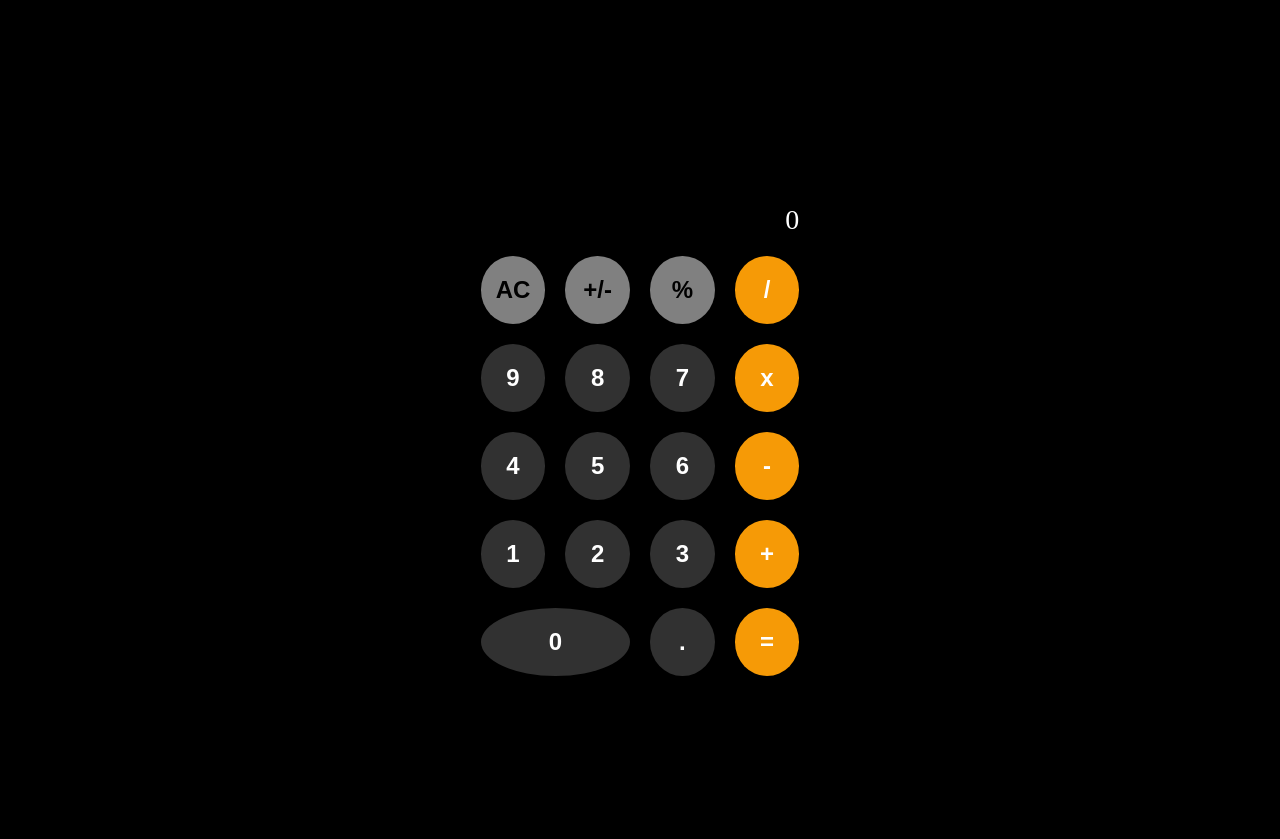
Repository: ble-syn/reactCalculator
Page: /
These files come from the project's save history. The page is drawn as it stood at one moment and after the next save; the edit follows.
The browser window is 1280 px wide. The pictures show the whole page.
The project was rebuilt for these pictures with package versions that can differ from the ones it lists, and the page was loaded fresh each time.

Above is the page before, as saved 2022-10-06 13:37:18.

After the next save:
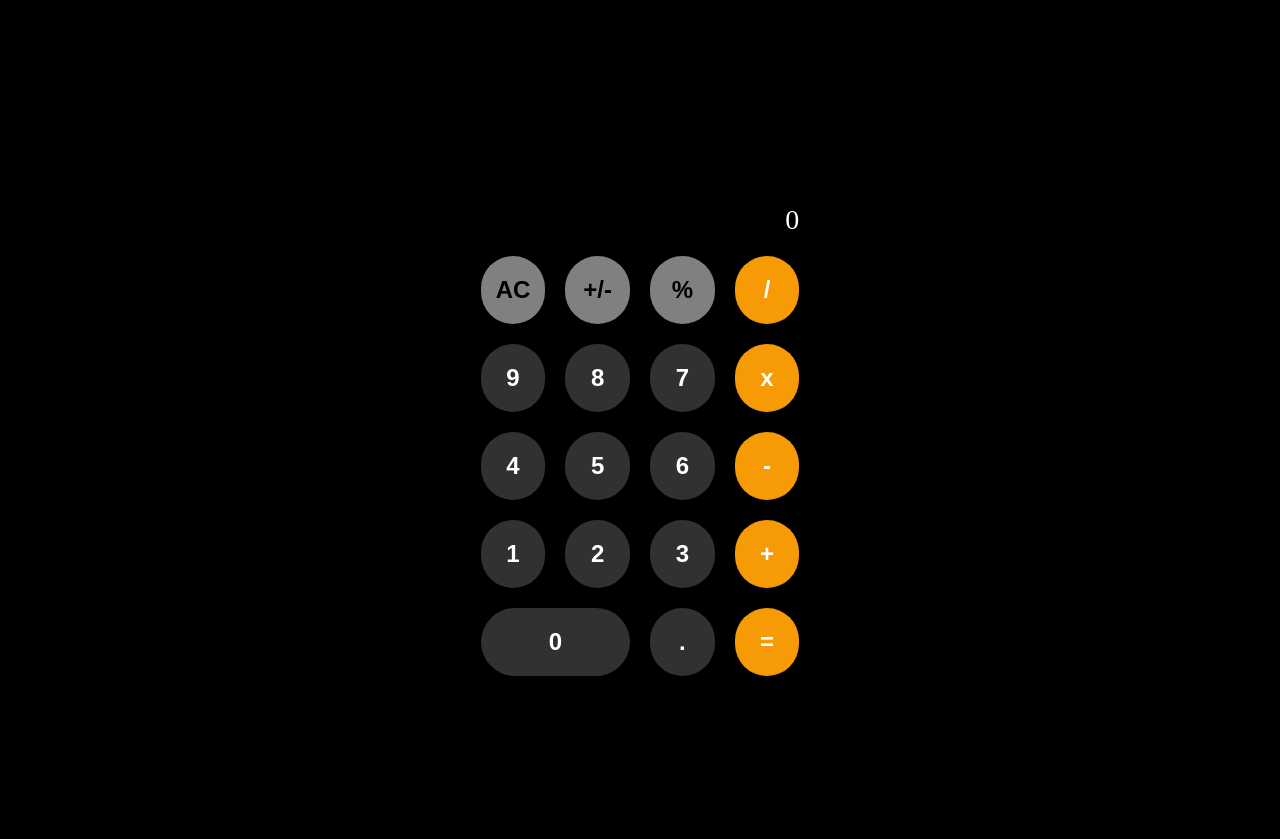
Saved 4 s later.
--- a/src/index.css
+++ b/src/index.css
@@ -35,7 +35,7 @@ body{
 button {
   padding: 20px 15px;
   outline: none;
-  border-radius: 50%;
+  border-radius: 50px;
   font-weight: 700;
   border: none;
   color: #fff;
